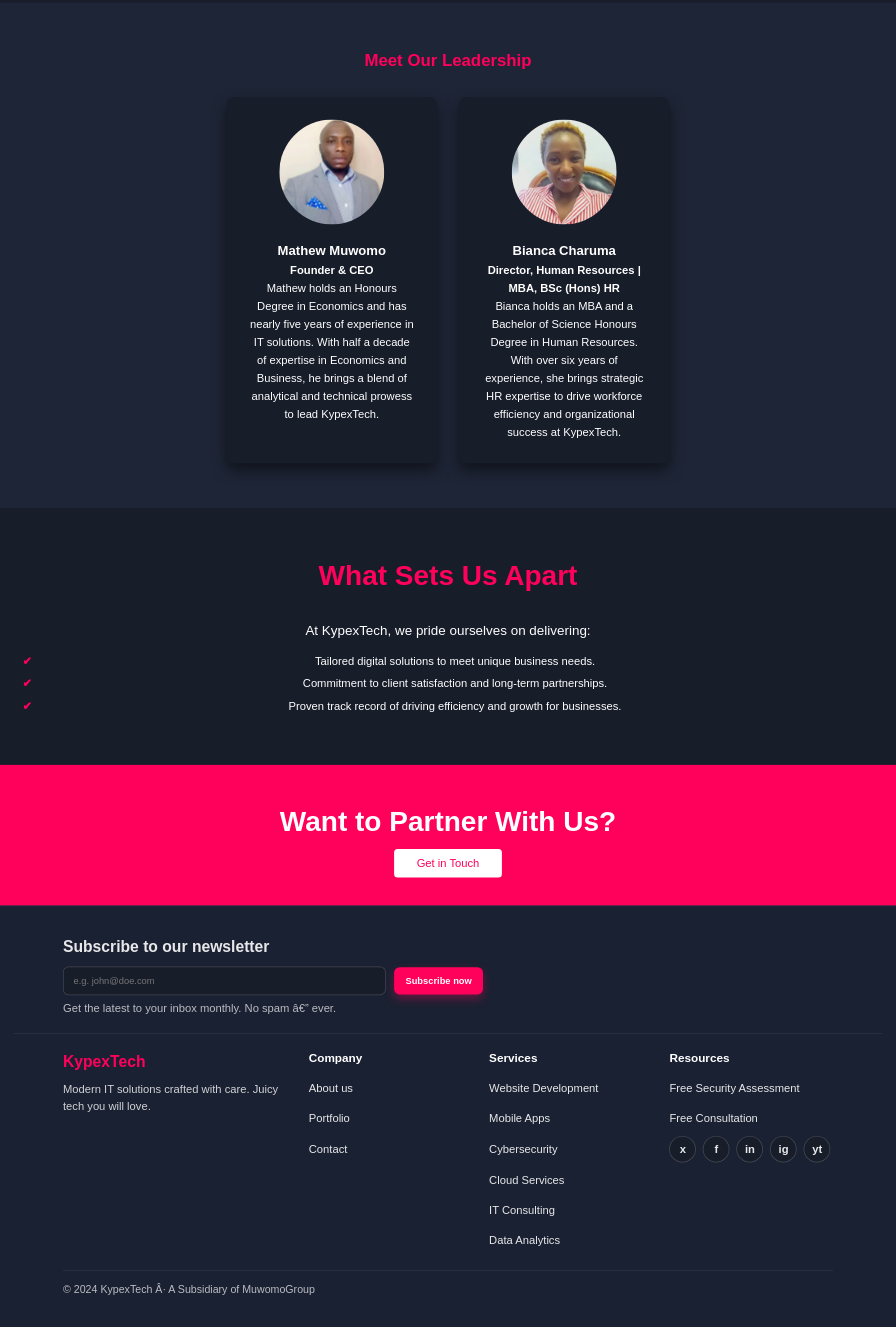
Repository: muwomotapiwa/KypexTechSolutions
Page: about.html
These files come from the project's save history. The page is drawn as it stood at one moment and after a run of saves; the edit follows.
The browser window is 1280 px wide. The pictures show the part of the page from y = 864 to 2784 px (the page is 2759 px tall before and 2784 px after), at 70% of full size.

Above is the page before, as saved 2025-09-03 22:57:14.

### about.html
<!DOCTYPE html>
<html lang="en">
<head>
    <meta http-equiv="Content-Security-Policy" content="default-src 'self'; script-src 'self' 'unsafe-inline' https://www.googletagmanager.com https://www.google-analytics.com; style-src 'self' 'unsafe-inline'; img-src 'self' data: https:; connect-src 'self' https://api.web3forms.com https://www.google-analytics.com https://ipwho.is; form-action https://api.web3forms.com; frame-src 'self' https://api.web3forms.com; frame-ancestors 'none'; base-uri 'self'; upgrade-insecure-requests">
    <meta name="referrer" content="strict-origin-when-cross-origin">
    <meta charset="UTF-8">
    <meta name="viewport" content="width=device-width, initial-scale=1.0">
    <title>About Us | KypexTech</title>
    <link rel="stylesheet" href="css/style.css">
    <link rel="stylesheet" href="css/about.css"> <!-- Page-Specific CSS -->
</head>
<body>
    <!-- Header -->
    <header>
        <div class="logo">KypexTech</div>
        <nav>
            <ul>
                <li><a href="index.html">Home</a></li>
                <li><a href="index.html#services">Services</a></li>
                <li><a href="portfolio.html">Portfolio</a></li>
                <li><a href="about.html">About</a></li>
                <li><a href="contact.html">Contact</a></li>
            </ul>
        </nav>
        <div class="menu-icon" id="menuIcon"></div>
        <div class="mobile-nav" id="mobileNav">
            <a href="index.html">Home</a>
            <a href="index.html#services">Services</a>
            <a href="portfolio.html">Portfolio</a>
            <a href="about.html">About</a>
            <a href="contact.html">Contact</a>
        </div>
    </header>


    <!-- Hero Section -->
    <section class="hero">
        <h1>About KypexTech</h1>
        <p>Innovating the future of technology with tailored solutions for businesses worldwide.</p>
    </section>

    <!-- Mission, Vision, and Values -->
    <section class="mission">
        <h2>Our Mission, Vision, and Values</h2>
        <div class="content">
            <div class="box">
                <h3>Our Mission</h3>
                <p>To empower businesses with cutting-edge digital solutions, driving efficiency and growth.</p>
            </div>
            <div class="box">
                <h3>Our Vision</h3>
                <p>To become the go-to technology partner for businesses globally.</p>
            </div>
            <div class="box">
                <h3>Our Values</h3>
                <ul>
                    <li>Innovation</li>
                    <li>Transparency</li>
                    <li>Customer Focus</li>
                    <li>Excellence</li>
                </ul>
            </div>
        </div>
    </section>

<!-- BEGIN HIDDEN leadership team
    <!-- Leadership Team -->
    <section class="team">
        <h2>Meet Our Leadership</h2>
        <div class="team-grid">
            <!-- CEO -->
            <div class="team-member">
                <img src="assets/tapiwa.jpeg" alt="Tapiwa Mathew Muwomo">
                <h3>Mathew Muwomo</h3>
                <p><strong>Founder & CEO</strong></p>
                <p>
                    Mathew holds an Honours Degree in Economics and has nearly five years of experience in IT solutions.
                    With half a decade of expertise in Economics and Business, he brings a blend of analytical and technical prowess to lead KypexTech.
                </p>
            </div>
            <!-- Director -->
            <div class="team-member">
                <img src="assets/bianca.jpeg" alt="Bianca Muwomo">
                <h3>Bianca Charuma</h3>
                <p><strong>Director, Human Resources | MBA, BSc (Hons) HR</strong></p>
                <p>
                    Bianca holds an MBA and a Bachelor of Science Honours Degree in Human Resources. With over six years of experience,
                    she brings strategic HR expertise to drive workforce efficiency and organizational success at KypexTech.
                </p>
            </div>
        </div>
    </section>
<!-- END HIDDEN leadership team -->

    <!-- Why Choose Us -->
    <section class="why-us">
        <h2>What Sets Us Apart</h2>
        <p>At KypexTech, we pride ourselves on delivering:</p>
        <ul>
            <li>Tailored digital solutions to meet unique business needs.</li>
            <li>Commitment to client satisfaction and long-term partnerships.</li>
            <li>Proven track record of driving efficiency and growth for businesses.</li>
        </ul>
    </section>

    <!-- Call-to-Action -->
    <section class="cta">
        <h2>Want to Partner With Us?</h2>
        <a href="contact.html" class="cta-button">Get in Touch</a>
    </section>

    <!-- Footer -->
    <footer class="site-footer">
        <section class="footer-newsletter" aria-label="Newsletter">
            <h3>Subscribe to our newsletter</h3>
            <form class="newsletter-form" action="https://api.web3forms.com/submit" method="POST">
                <input type="hidden" name="access_key" value="af31cdca-fdb5-4fd7-81bd-762838f8e47f">
                <input type="hidden" name="subject" value="Newsletter Signup - KypexTech">
                <input type="hidden" name="page" value="about.html">
                <input type="hidden" name="form" value="Newsletter">
                <input type="hidden" name="redirect" value="https://www.kypextech.co.za/newsletter-thank-you.html">
                <input type="checkbox" name="botcheck" class="hidden" style="display:none;">
                <label for="newsletter-email-about" class="sr-only">Email address</label>
                <input id="newsletter-email-about" type="email" name="email" placeholder="e.g. john@doe.com" required>
                <button type="submit" class="btn-subscribe">Subscribe now</button>
            </form>
            <p class="note">Get the latest to your inbox monthly. No spam â€” ever.</p>
        </section>
        <hr class="footer-sep">
        <section class="footer-columns">
            <div class="footer-brand col">
                <div class="footer-logo">KypexTech</div>
                <p>Modern IT solutions crafted with care. Juicy tech you will love.</p>
            </div>
            <nav class="col" aria-label="Company">
                <h4>Company</h4>
                <ul class="footer-list">
                    <li><a href="about.html">About us</a></li>
                    <li><a href="portfolio.html">Portfolio</a></li>
                    <li><a href="contact.html">Contact</a></li>
                </ul>
            </nav>
            <nav class="col" aria-label="Services">
                <h4>Services</h4>
                <ul class="footer-list">
                    <li><a href="website-development.html">Website Development</a></li>
                    <li><a href="mobile-app-development.html">Mobile Apps</a></li>
                    <li><a href="cybersecurity.html">Cybersecurity</a></li>
                    <li><a href="cloud-services.html">Cloud Services</a></li>
                    <li><a href="it-consulting.html">IT Consulting</a></li>
                    <li><a href="data-analytics.html">Data Analytics</a></li>
                </ul>
            </nav>
            <nav class="col" aria-label="Resources">
                <h4>Resources</h4>
                <ul class="footer-list">
                    <li><a href="assessment.html">Free Security Assessment</a></li>
                    <li><a href="consultation.html">Free Consultation</a></li>
                </ul>
                <div class="social-row" aria-label="Social links">
                    <a href="#" class="social-btn" aria-label="X">x</a>
                    <a href="#" class="social-btn" aria-label="Facebook">f</a>
                    <a href="#" class="social-btn" aria-label="LinkedIn">in</a>
                    <a href="#" class="social-btn" aria-label="Instagram">ig</a>
                    <a href="#" class="social-btn" aria-label="YouTube">yt</a>
                </div>
            </nav>
        </section>
        <div class="footer-bottom">
            <p>&copy; 2024 KypexTech Â· A Subsidiary of MuwomoGroup</p>
        </div>
    </footer>

    <script src="js/form-redirect.js"></script>
    <script src="js/script.js"></script>
</body>
</html>

### css/style.css
/* General Reset */
* {
    margin: 0;
    padding: 0;
    box-sizing: border-box;
    font-family: Arial, sans-serif;
}

body {
    background-color: #1a2132;
    color: #fff;
    line-height: 1.6;
    overflow-x: hidden;
}

a {
    text-decoration: none;
    color: #ff015b;
    transition: color 0.3s ease;
}

a:hover {
    color: #d10048;
}

/* Visually hidden (for accessible labels) */
.sr-only{ position:absolute; width:1px; height:1px; padding:0; margin:-1px; overflow:hidden; clip:rect(0,0,0,0); white-space:nowrap; border:0; }

/* Header */
header {
    position: fixed;
    top: 0;
    width: 100%;
    background-color: rgba(26, 33, 50, 0.95);
    padding: 1rem 2rem;
    display: flex;
    justify-content: space-between;
    align-items: center;
    z-index: 1000;
}

.logo {
    font-size: 2rem;
    font-weight: bold;
    color: #ff015b;
}

nav ul {
    list-style: none;
    display: flex;
}

nav ul li {
    margin: 0 1.5rem;
}

nav ul li a {
    color: #fff;
    font-weight: bold;
}

/* Mobile Menu */
.menu-icon {
    display: none;
    font-size: 2rem;
    color: #ff015b;
    cursor: pointer;
}

.menu-icon::before {
    content: '\2630';
    display: inline-block;
    transition: transform 0.3s;
}

.menu-icon.active::before {
    transform: rotate(90deg);
}

.mobile-nav {
    display: none;
    position: absolute;
    top: 100%;
    right: 0;
    background: #181d2a;
    width: 100%;
    text-align: center;
}

.mobile-nav.active {
    display: block;
}

.mobile-nav a {
    display: block;
    margin: 1rem 0;
    color: #ff015b;
    font-size: 1.2rem;
    font-weight: bold;
}

/* Hero Section */
.hero {
    background: linear-gradient(rgba(26, 33, 50, 0.7), rgba(0, 0, 0, 0.9)), url('../assets/Kypex_enhanced.jpeg');
    background-size: cover;
    background-position: center;
    height: 100vh;
    display: flex;
    justify-content: center;
    align-items: center;
    flex-direction: column;
    text-align: center;
}

.hero h1 {
    font-size: 4rem;
    margin-bottom: 1rem;
    color: #ff015b;
}

.hero p {
    font-size: 1.5rem;
    margin-bottom: 2rem;
    max-width: 700px;
}

.hero a {
    display: inline-block;
    background: #ff015b;
    color: #fff;
    padding: 0.75rem 2rem;
    border-radius: 5px;
    font-weight: bold;
    box-shadow: 0 5px 15px rgba(255, 1, 91, 0.5);
    transition: transform 0.3s ease, background 0.3s;
}

.hero a:hover {
    background: #d10048;
    transform: scale(1.05);
}

/* Services Section */
.services {
    padding: 6rem 2rem;
    background: #181d2a;
    text-align: center;
}

.services h2 {
    font-size: 3rem;
    margin-bottom: 3rem;
    color: #ff015b;
}

.service-grid {
    display: grid;
    grid-template-columns: repeat(3, 1fr);
    gap: 2rem;
}

.service-box {
    background: #1e2536;
    padding: 2rem;
    border-radius: 10px;
    box-shadow: 0 10px 20px rgba(0, 0, 0, 0.5);
    transition: transform 0.3s ease;
}

.service-box h3 {
    color: #ff015b;
    font-size: 1.8rem;
    margin-bottom: 1rem;
}

.service-box p {
    font-size: 1rem;
    color: #fff; /* Default text color */
    transition: color 0.3s ease; /* Smooth hover effect */
}

.service-box:hover {
    transform: translateY(-10px);
}

.service-box:hover p {
    color: #ff015b; /* Text turns red on hover */
}

/* Footer */
footer {
    background: #1a2132;
    color: #fff;
    text-align: center;
    padding: 2rem 0;
}

.footer-links a {
    margin: 0 1rem;
    color: #ff015b;
    font-size: 1.2rem;
}

/* Responsive */
@media (max-width: 768px) {
    nav ul {
        display: none;
    }

    .menu-icon {
        display: block;
    }

    .service-grid {
        grid-template-columns: 1fr;
    }
}

@media (max-width: 480px) {
    .hero h1 {
        font-size: 3rem;
    }

    .hero p {
        font-size: 1.2rem;
    }
}

/* Footer 2.0 (site-wide) */
.site-footer {
  background: #1a2132;
  color: #e8e8ea;
  padding: 40px 20px;
  border-top: 1px solid rgba(255,255,255,0.08);
  text-align: left;
}
.site-footer a { color: #e8e8ea; }
.site-footer a:hover { color: #ff015b; }

.footer-newsletter { max-width: 1100px; margin: 0 auto 22px; }
.footer-newsletter h3 { font-size: 1.4rem; margin-bottom: 10px; }
.footer-newsletter .newsletter-form {
  display: flex;
  gap: 12px;
  align-items: center;
  max-width: 600px;
}
.footer-newsletter input[type="email"]{
  flex: 1;
  padding: 12px 14px;
  background: #181d2a;
  border: 1px solid rgba(255,255,255,0.18);
  border-radius: 8px;
  color: #fff;
}
.footer-newsletter .btn-subscribe{
  padding: 12px 16px;
  background: #ff015b;
  border: none;
  color: #fff;
  border-radius: 8px;
  font-weight: 700;
  cursor: pointer;
  box-shadow: 0 6px 14px rgba(255, 1, 91, 0.35);
}
.footer-newsletter .btn-subscribe:hover{ background:#d10048; }
.footer-newsletter .note{ color: rgba(255,255,255,0.7); margin-top: 6px; }

.footer-sep{ border: none; border-top:1px solid rgba(255,255,255,0.08); margin: 22px 0; }

.footer-columns{
  max-width: 1100px;
  margin: 0 auto;
  display: grid;
  grid-template-columns: 1.4fr 1fr 1fr 1fr;
  gap: 24px;
}
.footer-columns h4{ font-size:1.05rem; margin-bottom: 10px; color:#fff; font-weight:700; }
.footer-brand .footer-logo{ font-size: 1.4rem; font-weight: 800; color:#ff015b; margin-bottom:8px; }
.footer-brand p{ color: rgba(255,255,255,0.8); }

.footer-list{ list-style:none; padding:0; margin: 8px 0 0; }
.footer-list li{ margin: 6px 0; }
.site-footer nav ul.footer-list{ display: flex; flex-direction: column; gap: 6px; }
.footer-list a{ font-weight: 400; }

.social-row{ display:flex; gap:10px; flex-wrap: nowrap; margin-top: 6px; }
.social-btn{
  display:inline-flex; align-items:center; justify-content:center;
  width: 38px; height: 38px; border-radius: 50%;
  background:#181d2a; color:#fff;
  border:1px solid rgba(255,255,255,0.2);
  font-weight:700; text-transform: lowercase;
}
.social-btn:hover{ color:#ff015b; border-color:#ff015b; box-shadow:0 0 0 3px rgba(255, 1, 91, 0.2); }

.footer-bottom{
  max-width: 1100px;
  margin: 24px auto 0;
  padding-top: 14px;
  border-top: 1px solid rgba(255,255,255,0.08);
  display:flex; align-items:center; justify-content: space-between;
  color: rgba(255,255,255,0.7);
  font-size: 0.95rem;
}

@media (max-width: 900px){
  .footer-columns{ grid-template-columns: 1fr 1fr; }
}
@media (max-width: 600px){
  .footer-newsletter .newsletter-form{ flex-direction: column; align-items: stretch; }
  .footer-columns{ grid-template-columns: 1fr; }
  .footer-bottom{ flex-direction: column; gap: 8px; text-align: center; }
}

### css/about.css
/* Hero Section */
.hero {
    background: linear-gradient(rgba(26, 33, 50, 0.6), rgba(0, 0, 0, 0.9)), url('../assets/about_background.jpeg');
    background-size: cover;
    background-position: center;
    height: 60vh;
    display: flex;
    justify-content: center;
    align-items: center;
    flex-direction: column;
    text-align: center;
}

.hero h1 {
    font-size: 3.5rem;
    color: #ff015b;
}

.hero p {
    font-size: 1.5rem;
    margin-top: 0.5rem;
}

/* Mission Section */
.mission {
    padding: 4rem 2rem;
    text-align: center;
    background: #181d2a;
}

.mission h2 {
    color: #ff015b;
    font-size: 2.5rem;
    margin-bottom: 2rem;
}

.mission .content {
    display: flex;
    justify-content: space-around;
    gap: 2rem;
    flex-wrap: wrap; /* Ensure proper alignment on smaller screens */
}

.mission .box {
    background: #1e2536;
    padding: 2rem;
    border-radius: 10px;
    flex: 1;
    max-width: 300px; /* Ensure consistent box size */
    box-shadow: 0 10px 20px rgba(0, 0, 0, 0.5);
}

.mission .box h3 {
    color: #ff015b;
    margin-bottom: 1rem;
}

.mission .box p, .mission .box ul {
    font-size: 1rem;
    line-height: 1.6;
}

/* Why Choose Us Section */
.why-us {
    padding: 4rem 2rem;
    text-align: center;
    background: #181d2a;
}

.why-us h2 {
    color: #ff015b;
    font-size: 2.5rem;
    margin-bottom: 2rem;
}

.why-us p {
    font-size: 1.2rem;
    margin-bottom: 1rem;
}

.why-us ul {
    list-style: none;
    padding: 0;
}

.why-us ul li {
    font-size: 1rem;
    margin-bottom: 0.5rem;
    line-height: 1.5;
    position: relative;
    padding-left: 20px;
}

.why-us ul li::before {
    content: '✔'; /* Add a checkmark */
    color: #ff015b;
    font-weight: bold;
    position: absolute;
    left: 0;
    top: 0;
}

/* CTA Section */
.cta {
    background: #ff015b;
    color: #fff;
    text-align: center;
    padding: 3rem 2rem;
}

.cta h2 {
    font-size: 2.5rem;
    margin-bottom: 1rem;
}

.cta-button {
    background: #fff;
    color: #ff015b;
    padding: 0.75rem 2rem;
    border-radius: 5px;
    text-decoration: none;
    transition: background 0.3s, color 0.3s;
}

.cta-button:hover {
    background: #d10048;
    color: #fff;
}

/* Team Section */
.team {
    padding: 4rem 2rem;
    text-align: center;
    background: #1e2536;
}

.team h2 {
    color: #ff015b;
    margin-bottom: 2rem;
}

.team-grid {
    display: flex;
    justify-content: center;
    gap: 2rem;
    flex-wrap: wrap;
}

.team-member {
    text-align: center;
    background: #181d2a;
    padding: 2rem;
    border-radius: 10px;
    box-shadow: 0 10px 20px rgba(0, 0, 0, 0.5);
    max-width: 300px;
}

.team-member img {
    width: 150px;
    height: 150px;
    object-fit: cover;
    border-radius: 50%;
    margin-bottom: 1rem;
}

/* Responsive Design */
@media (max-width: 768px) {
    .mission .content {
        flex-direction: column;
        align-items: center;
    }

    .team-grid {
        flex-direction: column;
        align-items: center;
    }
}

Loaded but not shown: js/form-redirect.js (100 lines, source omitted); js/script.js (67 lines, source omitted)

After the next 2 saves:
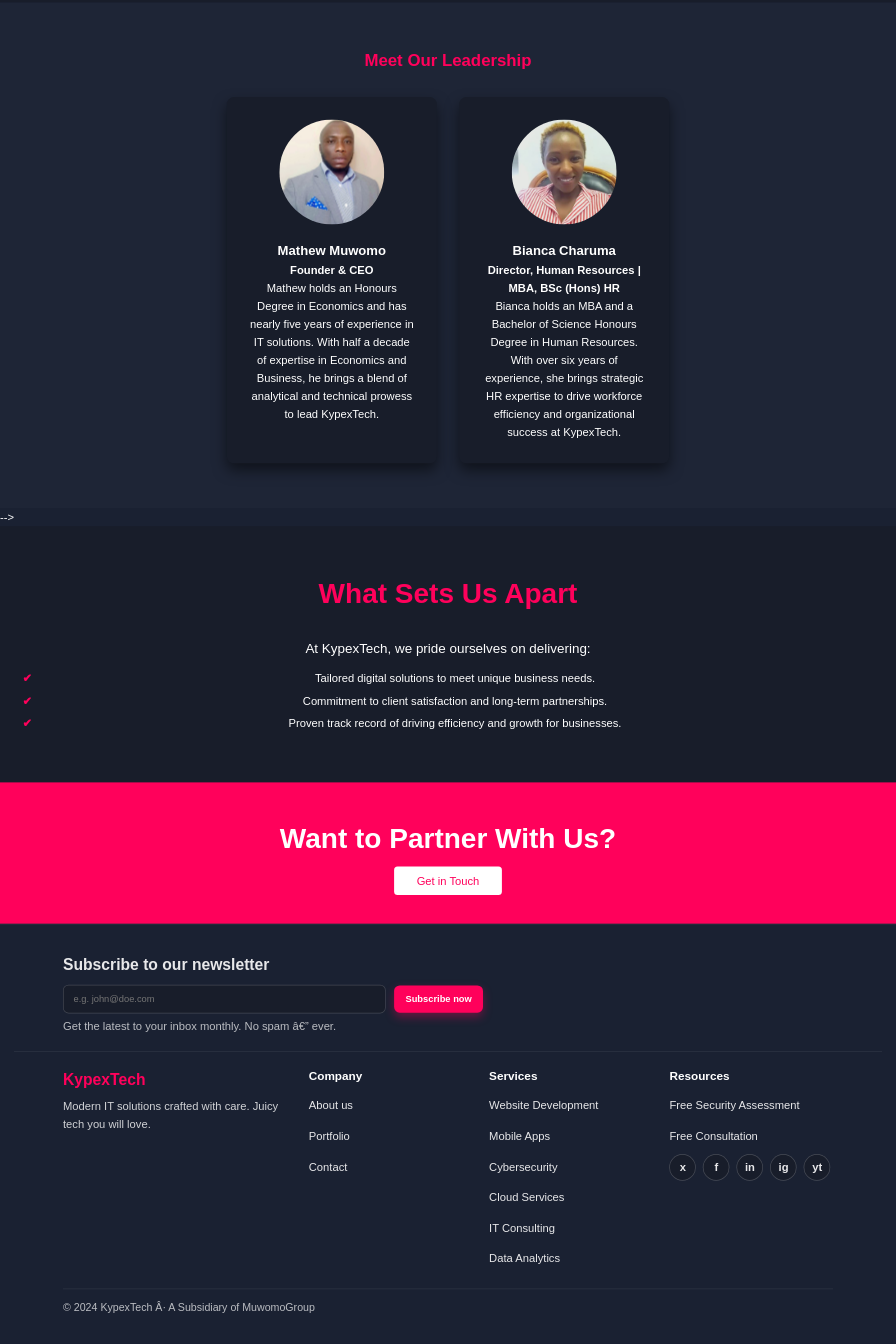
The 2 saves are shown as one change because they came seconds apart.
The last was saved 10 s later.
--- a/about.html
+++ b/about.html
@@ -90,7 +90,7 @@
             </div>
         </div>
     </section>
-<!-- END HIDDEN leadership team -->
+<!-- END HIDDEN leadership team --> -->
 
     <!-- Why Choose Us -->
     <section class="why-us">

After the save that followed:
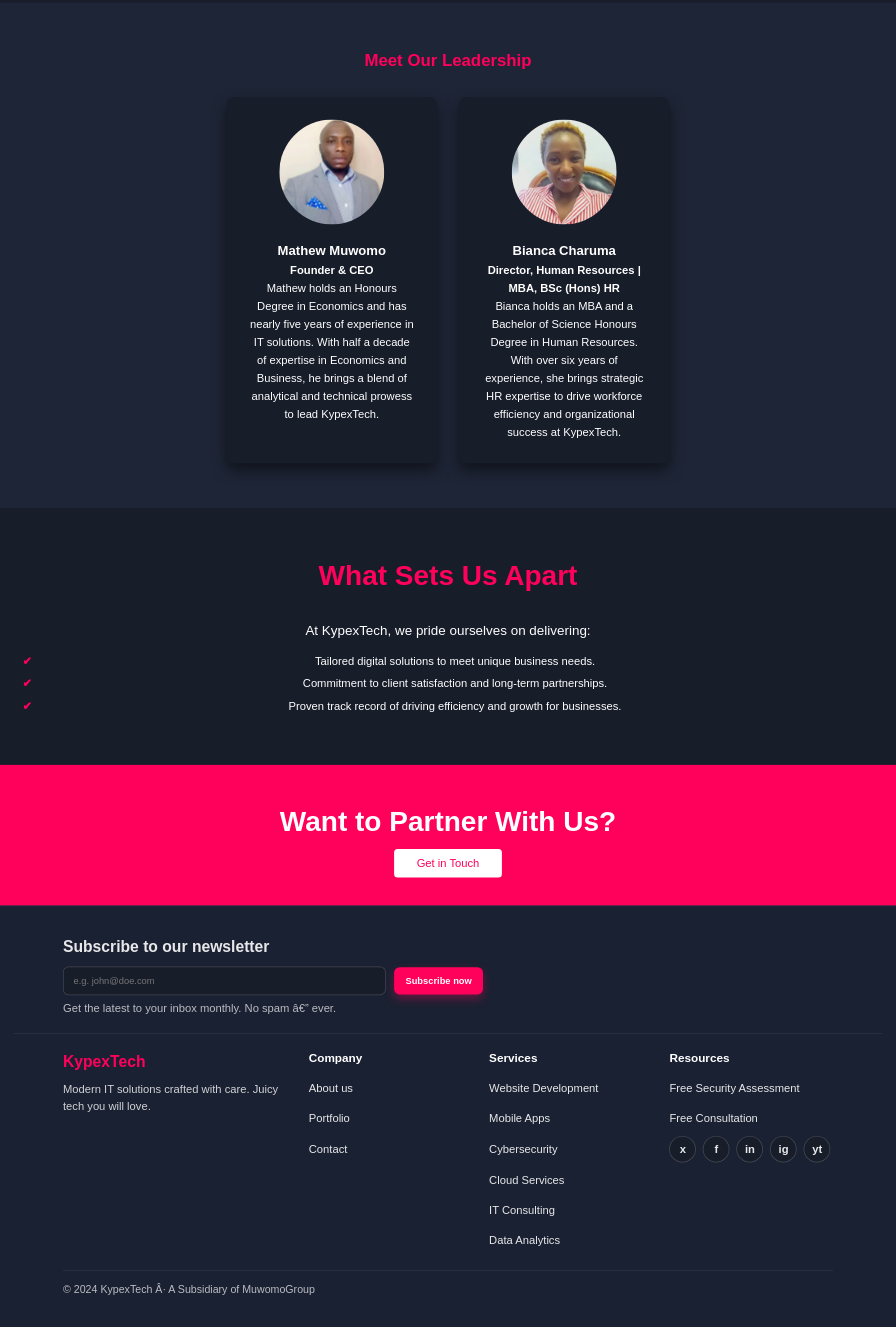
Saved 4 s later.
--- a/about.html
+++ b/about.html
@@ -90,7 +90,7 @@
             </div>
         </div>
     </section>
-<!-- END HIDDEN leadership team --> -->
+<!-- END HIDDEN leadership team -->
 
     <!-- Why Choose Us -->
     <section class="why-us">
